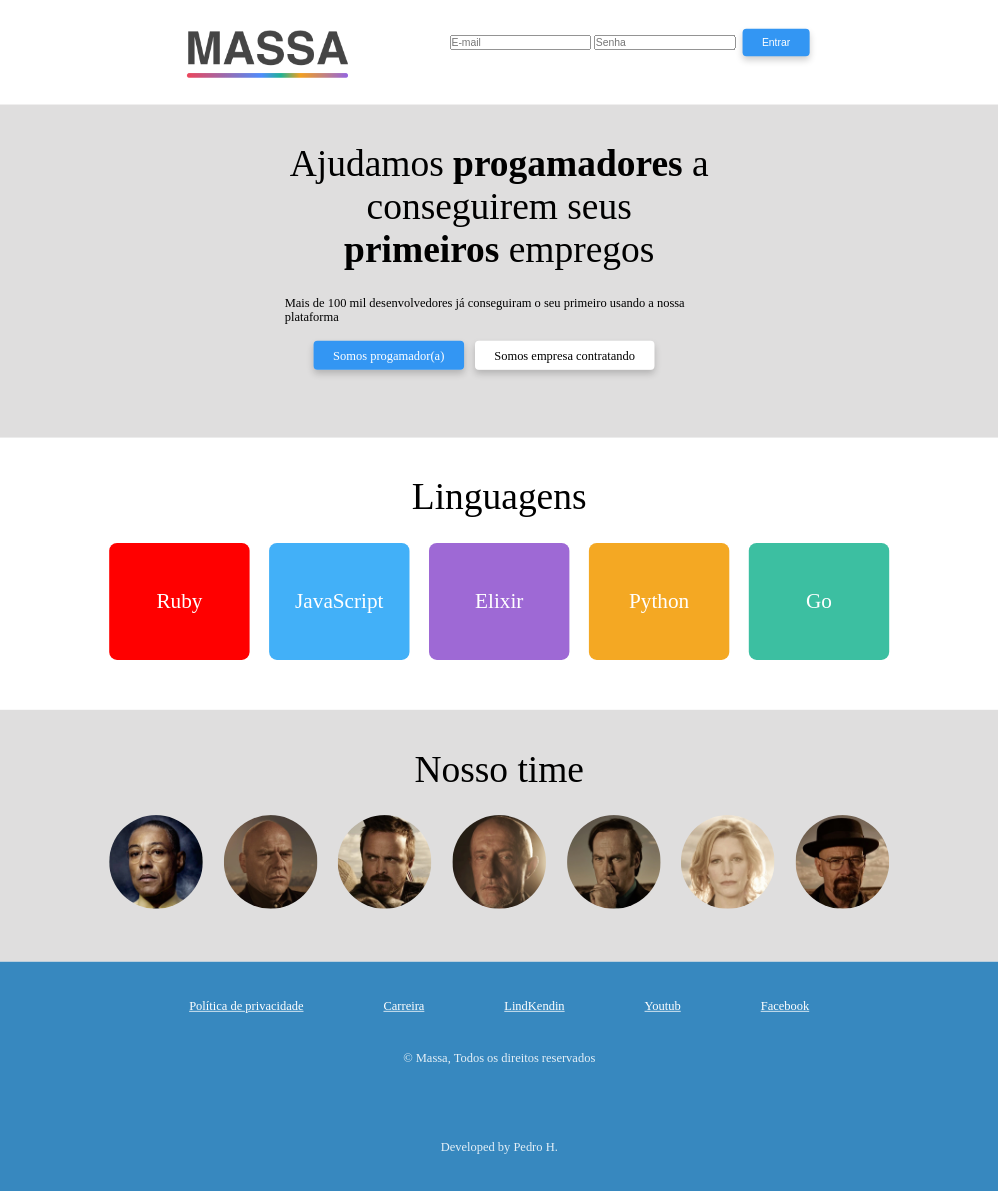
Repository: luizgaivaa/ProjetoSite
Page: index.html
An editor plug-in stored every save of this project. The page is shown before and after the next save, followed by the edit.
The browser window is 1280 px wide. The pictures show the whole page, at 78% of full size.

Above is the page before, as saved 2024-03-19 14:21:07.

### index.html
<!DOCTYPE html>
<html lang="pt-br">
<head>
    <meta charset="UTF-8">
    <meta name="viewport" content="width=device-width, initial-scale=1.0">
    <title>Massa</title>
    <link rel="icon" href="react-icon.png">
    <link rel="stylesheet" href="style.css">

    <link rel="preconnect" href="https://fonts.googleapis.com">
    <link rel="preconnect" href="https://fonts.gstatic.com" crossorigin>
    <link href="https://fonts.googleapis.com/css2?family=Roboto:ital,wght@0,100;0,300;0,400;0,500;0,700;0,900;1,100;1,300;1,400;1,500;1,700;1,900&display=swap" rel="stylesheet">

</head>
<body>
        <header>

            <div class="container">

                <div class="logo">

                    <img src="imagens/logo.png" alt-="">

                </div>
                <div class="sing-in">
                <form action="#">

                    <input type="email" name="email" id="email" placeholder="E-mail">
                    <input type="password" name="password" id="password" placeholder="Senha">
                    <button type="submit" class="button primary">Entrar</button>

                </form>
                </div>
            </div>

        </header>

    <main>

        <section class="intro gray">

            <div class="container">

                <div class="hero">
                    <h1 class="title">Ajudamos <strong>progamadores</strong> a conseguirem seus <strong>primeiros</strong> empregos</h1>
                    <p>Mais de 100 mil desenvolvedores já conseguiram o seu primeiro usando a nossa plataforma</p>

                    <div class="cta">
                        <a href="https://www.youtube.com/watch?v=u7E6Mn4hLAI" class="button primary">Somos progamador(a)</a>
                        <a href="https://www.youtube.com/watch?v=dQw4w9WgXcQ" class="button second">Somos empresa contratando</a>
                    </div>
                </div>

            </div>

        </section>

        <section class="languages">

            <div class="container">

                <h1 class="title">Linguagens</h1>

                <div class="Card">

                    <div class="card red">Ruby</div>
                    <div class="card blue">JavaScript</div>
                    <div class="card purple">Elixir</div>
                    <div class="card yellow">Python</div>
                    <div class="card green">Go</div>

                </div>

            </div>
        </section>

        <section class="team gray">

            <div class="container">

                <h1 class="title">Nosso time</h1>

                <div class="members">

                    <div class="Gus"><img src="team/gus.jpg" alt=""></div>
                    <div class="Hank"><img src="team/hank.jpg" alt=""></div>
                    <div class="Jesse"><img src="team/jesse.jpg" alt=""></div>
                    <div class="Mike"><img src="team/mike.jpg" alt=""></div>
                    <div class="Saul"><img src="team/saul.jpg" alt=""></div>
                    <div class="Skyler"><img src="team/skyler.jpg" alt=""></div>
                    <div class="walter"><img src="team/walter.jpg" alt=""></div>

                </div>

            </div>

        </section>

    </main>
        <footer>
            <div class="container">
                <ul>

                    <li><a href="https://www.leagueoflegends.com/pt-br/">Política de privacidade</a></li>
                    <li><a href="https://www.google.com/imgres?imgurl=https%3A%2F%2Fimages.contentstack.io%2Fv3%2Fassets%2Fblt731acb42bb3d1659%2Fblte466f329caecef3b%2F60887196f07013101daf0872%2FdevRammus_header.jpg&tbnid=cw0laePT7olaPM&vet=12ahUKEwje2tjspO-EAxUsuZUCHVRWCNwQMygBegQIARBN..i&imgrefurl=https%3A%2F%2Fwww.leagueoflegends.com%2Fpt-br%2Fnews%2Fdev%2Fdev-rammus-de-rift-a-rift%2F&docid=4QQPyuHJoJCulM&w=1920&h=1080&q=rammus%20lol&ved=2ahUKEwje2tjspO-EAxUsuZUCHVRWCNwQMygBegQIARBN">Carreira</a></li>
                    <li><a href="#">LindKendin</a></li>
                    <li><a href="#">Youtub</a></li>
                    <li><a href="#">Facebook</a></li>

                </ul>

                    <p class="copyright">© Massa, Todos os direitos reservados</p>
                    <p class="copyright">Developed by Pedro H.</p>

            </div>

        </footer>
</body>
</html>

### style.css
/*reset CSS*/

*{
    margin: 0;
    padding: 0;
    box-sizing: 0;
}

body{
    background-color: rgb(255, 255, 255);
}

.roboto-thin {
    font-family: "Roboto", sans-serif;
    font-weight: 100;
    font-style: normal;
  }

  .roboto-light {
    font-family: "Roboto", sans-serif;
    font-weight: 300;
    font-style: normal;
  }

  .roboto-regular {
    font-family: "Roboto", sans-serif;
    font-weight: 400;
    font-style: normal;
  }

  .roboto-medium {
    font-family: "Roboto", sans-serif;
    font-weight: 500;
    font-style: normal;
  }

  .roboto-bold {
    font-family: "Roboto", sans-serif;
    font-weight: 700;
    font-style: normal;
  }

  .roboto-black {
    font-family: "Roboto", sans-serif;
    font-weight: 900;
    font-style: normal;
  }

  .roboto-thin-italic {
    font-family: "Roboto", sans-serif;
    font-weight: 100;
    font-style: italic;
  }

  .roboto-light-italic {
    font-family: "Roboto", sans-serif;
    font-weight: 300;
    font-style: italic;
  }

  .roboto-regular-italic {
    font-family: "Roboto", sans-serif;
    font-weight: 400;
    font-style: italic;
  }

  .roboto-medium-italic {
    font-family: "Roboto", sans-serif;
    font-weight: 500;
    font-style: italic;
  }

  .roboto-bold-italic {
    font-family: "Roboto", sans-serif;
    font-weight: 700;
    font-style: italic;
  }

  .roboto-black-italic {
    font-family: "Roboto", sans-serif;
    font-weight: 900;
    font-style: italic;
  }

   .container {
    width: 1000px;
    margin: auto;
    padding: 0 1rem;

   }
   .hero{
    width: 55%;
    margin: auto;
   }

   .gray {
    background-color:rgb(223, 222, 222)
   }

   .intro_gray {
    background-color:rgb(223, 222, 222)
   }

   .intro p{
    margin: 1rem 0;
    font-size: 1.5 rem;
    font-weight: 100;
   }

   h1 {
    font-size: 3rem;
    font-weight: normal;
   }

   h1.title {
    margin-bottom: 2rem;
    text-align: center;
    /* font-weight: bold; */
   }

   section {
    padding: 3rem 0 4rem 0;
   }

   .intro .cta {
    margin: 2rem;
   }

   .button {
    /*background-color: #3396f3;
    color: white;*/
    padding: 10px 25px;
    text-decoration: none;
    border-radius: 5px;
    margin: 5px;
    box-shadow: 0 5px 10px 0 rgba(0, 0, 0, 0.2);
   }

   .button:hover {
    box-shadow: 0 5px 10px 0 rgba(0, 0, 0, 0.5);
   }


   .primary {
    background-color: #3396f3;
    color: white;
   }

   .second {
    background-color: white;
    color: black;
   }

   .Card {
    display: flex;
    justify-content: space-between;
   }

   .card {
      display: flex;
      flex-direction: column;
      justify-content: center;
      text-align: center;

      width: 18%;
      height: 150px;
      border-radius: 10px;
      color: white;
      font-size: 1.7rem;
    }

   .card.red {
      background-color: red;
   }

   .card.blue {
    background-color: #42b0f8;
   }

   .card.purple {
    background-color: #9e69d5;
   }

   .card.yellow {
    background-color: #f4a823;
   }

   .card.green {
    background-color: #3cbfa1;
   }

   .members {
    display: flex;
    justify-content: space-between;
   }

   .members img {
    width: 120px;
    height: 120px;
    border-radius: 50%;
   }

   footer {
    background-color: #3788bf ;
   }

   footer ul{
    display: flex;
    justify-content: space-evenly;
    padding-top: 3rem;
    list-style-type: none;
   }

   footer a{
    color: white;
   }
   footer p.copyright{
    padding: 3rem 0;
    color: #ffffffdd;
    text-align: center;
   }

   header div{
    display: flex;
    justify-content: space-evenly;
    padding: 2rem;
   }
   .logo img {
    width: 211px;
   }
   .sing-in button{
    border: none;
   }

   input
    [type ="text"]
    [type ="email"]
    [type ="senha"]{
    width: 180px;
    padding: 0.5rem;
    border-radius: 5px ;
    border: 1px solid #ccc;
    }

After the next save:
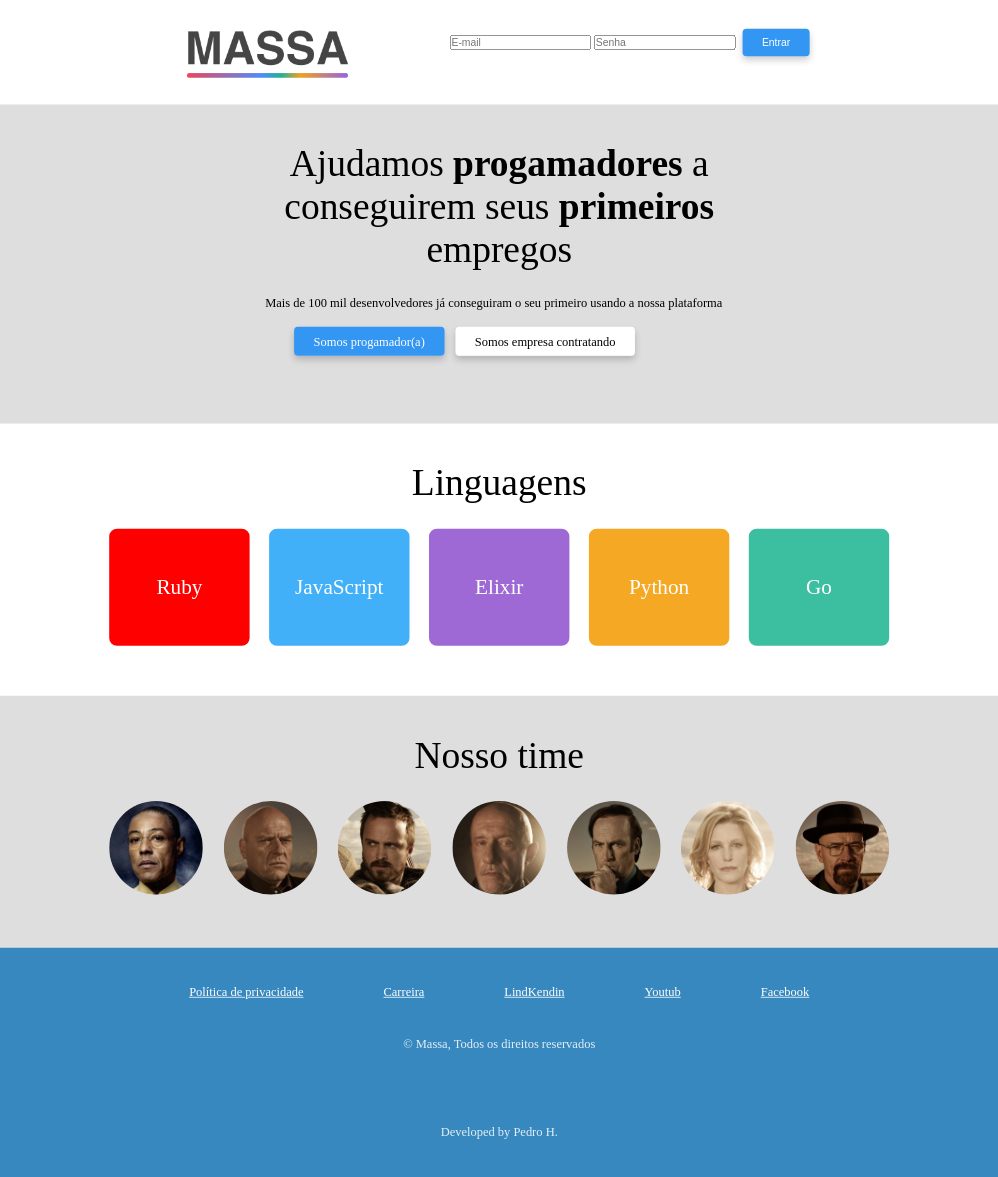
Saved 2 min 45 s later.
--- a/style.css
+++ b/style.css
@@ -89,7 +89,7 @@
 
    }
    .hero{
-    width: 55%;
+    width: 60%;
     margin: auto;
    }
 
